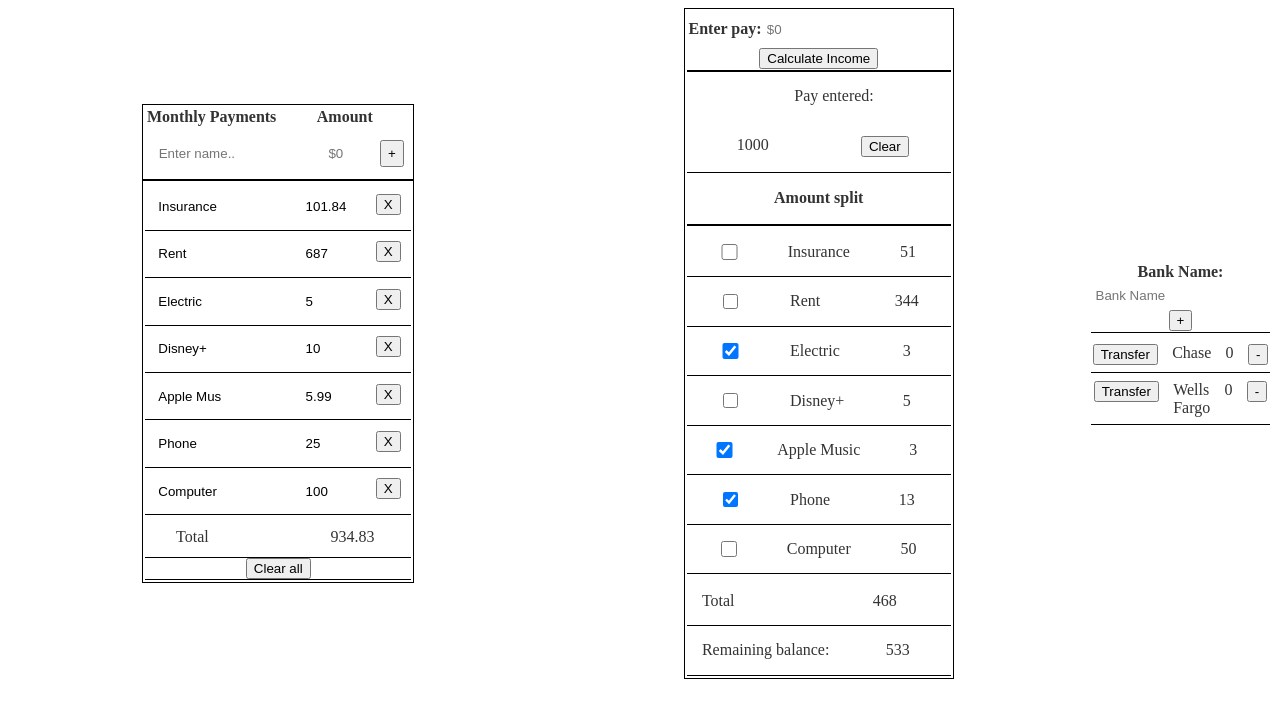
Repository: Kayla-amr/final-project-vue
Page: /
The author's editor kept a copy of each file at every save. The page is drawn from the files as they stood at one save, then again after a run of saves.
The browser window is 1280 px wide. The pictures show the whole page.
The project was rebuilt for these pictures with package versions that can differ from the ones it lists, and the page was loaded fresh each time. Also part of the build but not shown: vite.config.js.

Above is the page before, as saved 2023-04-12 07:08:38.

### src/App.vue
<script setup>
import OutcomeForm from './components/OutcomeForm.vue';
import DocumentBudget from './components/DocumentBudget.vue';
import SplitBudget from './components/SplitBudget.vue';
import BankTransfer from './components/BankTransfer.vue';


</script>

<template>

    <div id="app">
        <div class="budgetFormList">
            <outcome-form @add:budget="addBudgets" />
            <document-budget :budgets="budgets"/>
        </div>
        <div class="incomeSplitList">
            <split-budget :budgets="budgets" @add:income="addIncomes" :incomes="incomes" />
        </div>
        <div class="bankTransferList" >
            <bank-transfer  @add:bank="addBanks" :banks="banks"/>
        </div>
    </div>
</template>

<script>
export default {
    name: 'app',
    components: {
        OutcomeForm,
        DocumentBudget,
        SplitBudget,
        BankTransfer
    },
    data() {
        return {
            budgets: [
                {
                    id: 1,
                    name: "Insurance",
                    amount: 101.84,
                    selected: false
                },
                {
                    id: 2,
                    name: "Rent",
                    amount: 687,
                    selected: false
                },
                {
                    id: 3,
                    name: "Electric",
                    amount: 5,
                    selected: true
                },
                {
                    id: 4,
                    name: "Disney+",
                    amount: 10,
                    selected: false
                },
                {
                    id: 5,
                    name: "Apple Music",
                    amount: 5.99,
                    selected: true
                },

                {
                    id: 6,
                    name: "Phone",
                    amount: 25,
                    selected: true
                },
                {
                    id: 7,
                    name: "Computer",
                    amount: 100,
                    selected: false
                }
            ],
            incomes: [
                {
                    id: 1,
                    amount: 1000,
                }

            ],
            banks: [
                {
                    id: 1,
                    name: "Chase",
                    amount: 0,
                },
                {
                    id: 2,
                    name: "Wells Fargo",
                    amount: 0,
                }
            ]
        }
    },

    //map method  or filter

    //property in object true or false



    methods: {
        addBudgets(budget) {
            const addId = this.budgets.length > 0 ? this.budgets[this.budgets.length - 1].id : 0;
            const id = addId + 1;

            const newBudgets = {
                id,
                ...budget
            }

            this.budgets = [...this.budgets, newBudgets]

        },
        addIncomes(income) {
            const addId = this.incomes.length > 0 ? this.incomes[this.incomes.length - 1].id : 0;
            const id = addId + 1;

            const newIncomes = {
                id,
                ...income
            }

            this.incomes = [...this.incomes, newIncomes]
        },
        addBanks(bank) {
            const addId = this.banks.length > 0 ? this.banks[this.banks.length - 1].id : 0;
            const id = addId + 1;

            const newBanks = {
                id,
                ...bank
            }

            this.banks = [...this.banks, newBanks]
        },
        transferSelectedBudget() {
    const selectedBudgets = this.budgets.filter(budget => budget.selected);
    const totalAmount = selectedBudgets.reduce((total, budget) => total + budget.amount, 0);
    const selectedBank = this.banks.find(bank => bank.selected);

    if (!selectedBank) {
      alert("Please select a bank to transfer the budget to.");
      return;
    }

    const updatedBudgets = this.budgets.map(budget => {
      if (budget.selected) {
        return {
          ...budget,
          selected: false,
          amount: 0,
        };
      } else {
        return budget;
      }
    });

    const updatedBanks = this.banks.map(bank => {
      if (bank.selected) {
        return {
          ...bank,
          amount: bank.amount + totalAmount,
        };
      } else {
        return bank;
      }
    });

    this.budgets = updatedBudgets;
    this.banks = updatedBanks;
  }

    }
}
</script>

<style>
#app {
    display: flex;
    flex-direction: row;
    align-items: center;
    width: 100%;
    height: 100%;
    color: #333;
}

.budgetFormList {
    width: 100%;
}

.incomeSplitList {
    width: 100%;
}
</style>

### src/components/OutcomeForm.vue
<template>
  <div>
    <form @submit.prevent="handleSubmit" class="outcomeForm">
      <table>
        <thead>
          <tr>
            <th>Monthly Payments</th>
            <th>Amount</th>
          </tr>
        </thead>
        <tbody>
          <tr>
            <td>
              <input class="name" type="text" v-model="budgets.name" placeholder="Enter name...">
            </td>
            <td class="otd">
              <input class="amount" type="text" v-model="budgets.amount" placeholder="$0" />

              <button type="submit">+</button>
            </td>
          </tr>
        </tbody>
      </table>
    </form>
  </div>
</template>

//Look for string in total and make them numbers

<script>

export default {
  name: 'outcome-form',
  data() {
    return {
      budgets: {
        name: "",
        amount:""
      }
    }
  },
  methods: {
    handleSubmit() {
      const budget = {
        name: this.budgets.name,
        amount: this.budgets.amount
      }
      this.$emit('add:budget', budget)
    }
  }
}
</script>

<style>
table{
    width: 100%;
}
.outcomeForm {
    margin: 0 auto;
    width: 50%;
    border: 1px solid black;
    border-collapse: collapse;
}

.outcomeForm th{
  width: 100%;
}
.otd {
  display: flex;
}
.outcomeForm tr{
    border: none;
    justify-content: space-between;

}

input{
  padding: 2% 0;
  margin: 2% ;
  width: inherit;
  border: none;
}

.name{
    width: 50%;
}
.amount{
    width: 50px;
}
</style>

### src/components/DocumentBudget.vue
<template>
    <div class="document-budget">
        <table>
            <tbody>
                <tr class="budgetList" v-for="budget in budgets" :key="budget.id">
                    <td class="name"> <input type="text" v-model="budget.name"></td>
                    <td class="amount"><input type="text" v-model="budget.amount"></td>
                    <td><button @click="removeBudget(budget.id)">X</button></td>
                </tr>
            </tbody>
            <tfoot>
                <tr>
                    <td class="name">Total</td>
                    <td class="amount">{{ total }}</td>
                </tr>
                <tr><button @click="clearAll()">Clear all</button></tr>
            </tfoot>
        </table>
    </div>

</template>

<script>
export default {
    name: 'document-budget',
    props: {
        budgets: Array
    },
    computed: {
        total() {
    return this.budgets.reduce((total, budget) => {
      return total + parseFloat(budget.amount)
    }, 0)
  }

    },
    methods: {
        removeBudget(id) {
            const index = this.budgets.findIndex(budget => budget.id === id)
            this.budgets.splice(index, 1)
        },
        clearAll(){
            this.budgets.splice(0, this.budgets.length)
        },
    }
}
</script>

<style>
.document-budget {
    margin: 0 auto;
    width: 50%;
    border: 1px solid black;
    border-collapse: collapse;
}
tr{
    width: 100%;
    display: flex;
    border: none;
    justify-content: center;
    border-bottom: 1px solid black;

}
td{
    border: none;
    padding: 2%;
    margin: 2%;
}

tfoot td{
    width: 100%;
}
.document-budget .amount button{
    margin-left: 10px;
}
.amount{
    display: flex;
    flex-direction: row;
    align-items: center;
}

.budgetDivided{
    width: 20%;
}

.budgetDivided td{
    padding: 10px;
    display: flex;
    justify-content: center;
}

</style>

### src/components/SplitBudget.vue
<template>
    <div>

        <table>
            <thead>

            </thead>
            <tbody>

            </tbody>
        </table>
    </div>
    <div>
        <table class="budgetDivided">
            <thead>
                <tr>
                    <th>
                        <form @submit.prevent="handleSubmit">
                            <label for="amount">Enter pay:</label>
                            <input type="text" id="amount" v-model="income.amount" placeholder="$0" />
                            <button type="submit">Calculate Income</button>
                        </form>
                    </th>
                </tr>

                <td>Pay entered: </td>
                <tr v-for="income in incomes" :key="income.id">
                    <td>{{ income.amount }}</td>
                    <td> <button type="delete" @click="deleteIncome(income.id)">Clear</button></td>
                </tr>
                <tr>
                    <th>
                    <td>Amount split</td>
                    </th>

                </tr>

            </thead>
            <tbody>
                <tr v-for="budget in budgets" :key="budget.id">
                    <td>
                        <input type="checkbox" v-model="budget.selected"/>
                    </td>
                    <td class="name">{{ budget.name }}</td>
                    <td>
                        {{ Math.ceil(budget.amount / 2) }}
                    </td>
                </tr>
            </tbody>
            <tfoot>
                <tr>
                    <td class="name">Total</td>
                    <td class="amount totalDivided">{{ Math.ceil(totalDivided) }}</td>
                </tr>
                <tr v-for="income in incomes" :key="income.id">
                    <td>Remaining balance:</td>
                    <td>{{ Math.ceil(income.amount - totalDivided) }}</td>
                </tr>
            </tfoot>
        </table>
    </div>
</template>

<script>
export default {
    name: 'split-budget',
    props: {
        budgets: Array,
        incomes: Array,
        banks: Array
    },
    emits: ['add:income'],
    computed: {
        total() {
            return this.budgets.reduce((total, budget) => {
                return total + budget.amount
            }, 0)
        },
        totalDivided() {
            return this.budgets.reduce((total, budget) => {
                return total + budget.amount / 2
            }, 0)
        }

    },
    data() {
        return {
            income: {
                name: '',
                amount: ''
            }
        }
    },
    methods: {
        handleSubmit() {
            this.$emit('add:income', this.income)
            this.income = {
                name: '',
                amount: ''
            }
        },
        deleteIncome(id) {
            const index = this.incomes.findIndex(income => income.id === id)
            this.incomes.splice(index, 1)
        },
    }
}
</script>

<style>
.budgetDivided {
    margin: 0 auto;
    width: 50%;
    border: 1px solid black;
}

.budgetDivided th {
    width: 100%;
    display: flex;
    justify-content: center;
    border-bottom: 1px solid black;
}

.budgetDivided td {
    width: 100%;
    display: flex;
    white-space: nowrap;
}

.budgetDivided .name {
    display: flex;
    justify-content: flex-start;
}
</style>

### src/components/BankTransfer.vue
<template>
    <div>
        <form @submit.prevent="handleSubmit">
            <table>
                <thead>
                    <tr>
                        <th>
                            <label for="name">Bank Name:</label>
                            <input type="text" id="bankName" v-model="bank.name" placeholder="Bank Name" />
                            <button type="submit">+</button>
                        </th>
                    </tr>
                </thead>
            </table>
        </form>
    </div>
    <div>
        <table>
            <tbody>
                <tr v-for="bank in banks" :key="bank.id">
                    <td><button @click="transferToBank(bank.id)">Transfer</button></td>
                    <td>{{ bank.name }}</td>
                    <td>{{ bank.amount }}</td>
                    <td> <button type="delete" @click="removeBank(bank.id)">-</button></td>
                </tr>
            </tbody>
        </table>
    </div>
</template>

<script>
export default {
    name: 'bank-transfer',
    props: {
        banks: Array
    },
    emits: ['add:bank'],
    computed: {
        total() {
            return this.banks.reduce((total, bank) => {
                return total + bank.amount
            }, 0)

        }

    },
    data() {
        return {
            bank: {
                name: '',
                amount: 0
            }
        }
    },
    methods: {
        removeBank(id) {
            const index = this.banks.findIndex(bank => bank.id === id)
            // eslint-disable-next-line vue/no-mutating-props
            this.banks.splice(index, 1)
        },
        handleSubmit(){
            this.$emit('add:bank', this.bank)
            this.bank = {
                name: "",
                amount: 0
            }
        },

    }
}
</script>

Loaded but not shown: index.html (common file); src/main.js (common file)

After the next 3 saves:
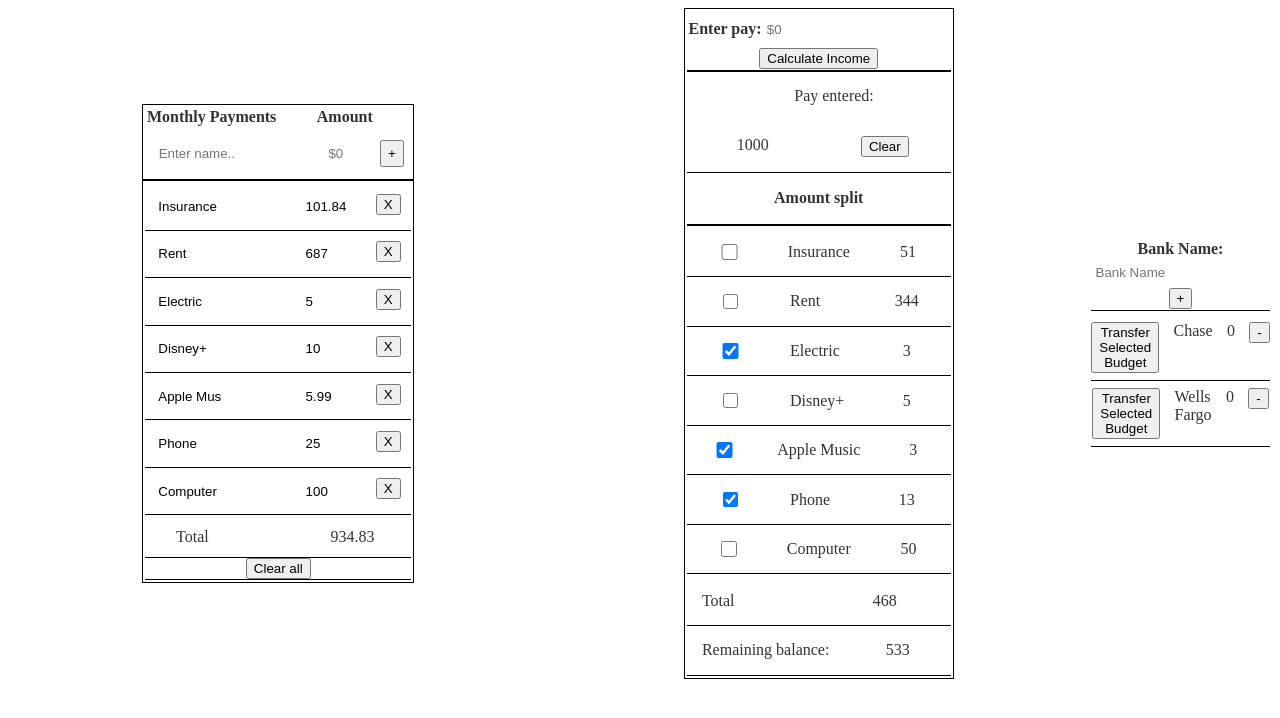
The 3 saves are shown as one change because they came seconds apart.
The last was saved 18 s later.
--- a/src/components/BankTransfer.vue
+++ b/src/components/BankTransfer.vue
@@ -18,7 +18,7 @@
         <table>
             <tbody>
                 <tr v-for="bank in banks" :key="bank.id">
-                    <td><button @click="transferToBank(bank.id)">Transfer</button></td>
+                    <td><button @click="transferSelectedBudget">Transfer Selected Budget</button></td>
                     <td>{{ bank.name }}</td>
                     <td>{{ bank.amount }}</td>
                     <td> <button type="delete" @click="removeBank(bank.id)">-</button></td>
